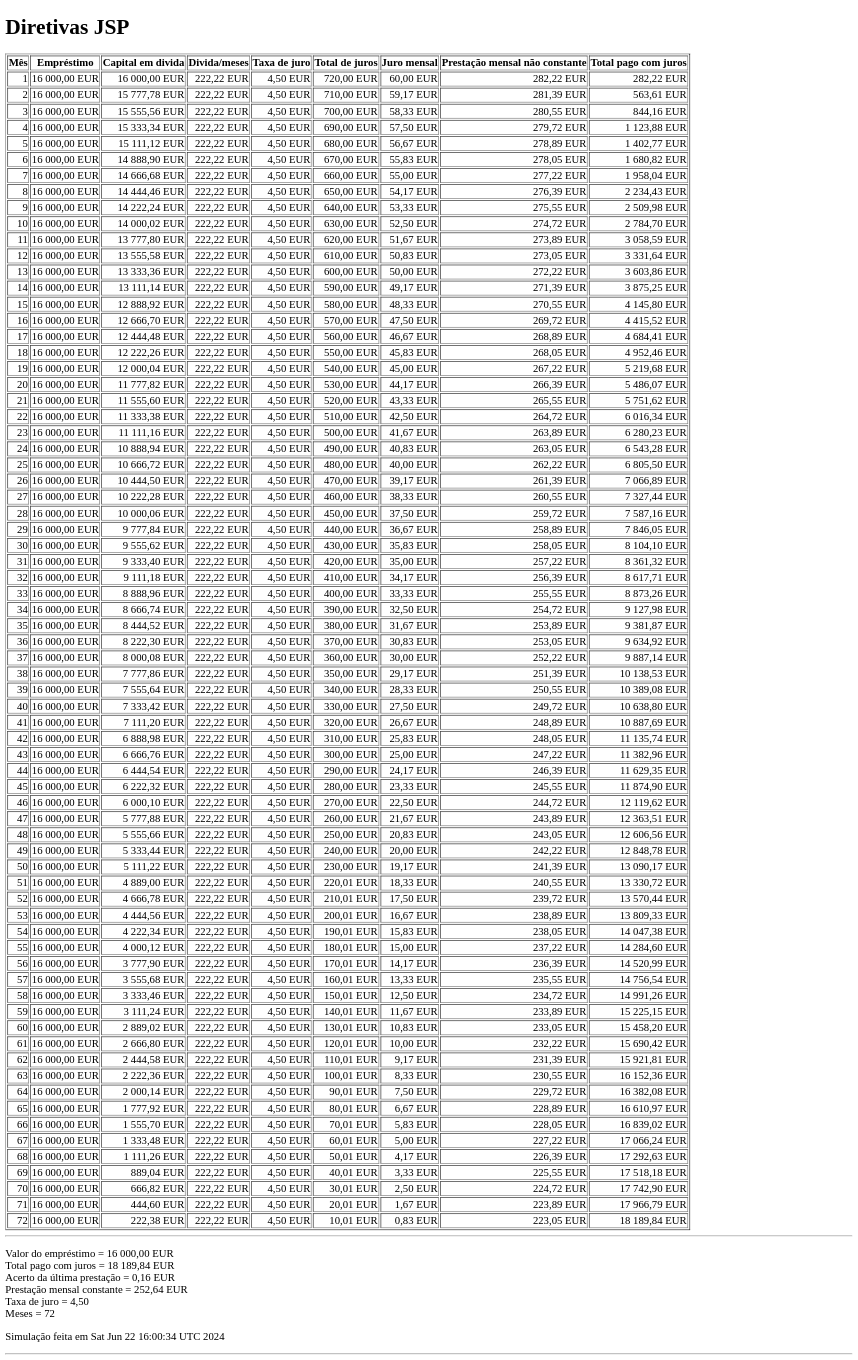
Repository: chuinga/JavaWebAppsDevelopment
Page: http://localhost/PaginasJSP/P06_Diretivas.jsp
These files come from the project's save history. The page is drawn as it stood at one moment and after the next save; the edit follows.
The browser window is 1280 px wide. The pictures show the whole page, at 67% of full size.
The page is served by Tomcat 10. Other server files are loaded and not shown.

Above is the page before, as saved 2024-07-27 10:02:55.

### PaginasJSP/src/main/webapp/P06_Diretivas.jsp
<%--
    Document   : P06_Diretivas.jsp
    Author     : TurtleLearning.com: Jose Aser
--%>
<%@ page import = "java.util.Date" %>
<%@ page import = "java.text.DecimalFormat" %>
<%@ page import = "java.util.Locale" %>
<%@ page import = "java.text.NumberFormat" %>
<%@ page language="java" contentType="text/html; charset=UTF-8" pageEncoding="UTF-8"%>

<%-- Declaração de variáveis de classe e de objeto --%>
<%! static double taxaJuro = 4.5; %>
<%! double emprestimo = 16000.0; %>

<%-- Declaração de métodos de classe e objeto --%>
<%!
    public static double getTaxaJuro() {
        return taxaJuro;
    }
    public static double calculoJuros(double capitalEmDivida) {
        return (capitalEmDivida * taxaJuro / 100.0);
    }
%>
<%!
    public double myRound(double x) {
        return (Math.round(x*100.0)/100.0);
    }
%>
<!DOCTYPE html>
<html>
<head>
<meta charset="UTF-8">
<title>P06_Diretivas</title>
</head>
<body>
    <h1>Diretivas JSP</h1>
    <%-- declaração de uma variável local --%>
    <% int meses = 72; %>

    <%-- Utilização das variáveis usando diretiva de declaração --%>
    <table border="1">
        <tr>
            <th>Mês</th>
            <th>Empréstimo</th>
            <th>Capital em divida</th>
            <th>Divida/meses</th>
            <th>Taxa de juro</th>
            <th>Total de juros</th>
            <th>Juro mensal</th>
            <th>Prestação mensal não constante</th>
            <th>Total pago com juros</th>
        </tr>
        <%
            Locale.setDefault(new Locale("pt", "PT"));
            //Locale.setDefault(new Locale("pt", "BR"));
            //Locale.setDefault(new Locale("es", "ES"));
            //Locale.setDefault(new Locale("en", "US"));
            //Locale.setDefault(Locale.US);
            //Locale.setDefault(Locale.UK);
            //Locale.setDefault(Locale.JAPAN);
            NumberFormat formatter = NumberFormat.getCurrencyInstance(Locale.getDefault());
            String currency = formatter.getCurrency().toString();
            DecimalFormat f = new DecimalFormat("###,###,##0.00");
            double capitalEmDivida = emprestimo;
            double dividaPorMes = myRound(emprestimo/meses);
            double totalJuros = myRound(capitalEmDivida*getTaxaJuro()/100);
            double juroMensal = myRound(totalJuros/12.0);
            double prestacaoMensal = dividaPorMes + juroMensal;
            double totalPagoComJuros = prestacaoMensal;

            for (int i=1; i<=meses; i++) {
                out.println("<tr>");
                out.println("<td style=\"text-align:right;\">" + i + "</td>");
                out.println("<td style=\"text-align:right;\">" + f.format(emprestimo) + " " + currency + "</td>");
                out.println("<td style=\"text-align:right;\">" + f.format(capitalEmDivida) + " " + currency + "</td>");
                out.println("<td style=\"text-align:right;\">" + f.format(dividaPorMes) + " " + currency + "</td>");
                out.println("<td style=\"text-align:right;\">" + f.format(getTaxaJuro()) + " " + currency + "</td>");
                out.println("<td style=\"text-align:right;\">" + f.format(totalJuros) + " " + currency + "</td>");
                out.println("<td style=\"text-align:right;\">" + f.format(juroMensal) + " " + currency + "</td>");
                out.println("<td style=\"text-align:right;\">" + f.format(prestacaoMensal) + " " + currency + "</td>");
                out.println("<td style=\"text-align:right;\">" + f.format(totalPagoComJuros) + " " + currency + "</td>");
                out.println("</tr>");
                capitalEmDivida = capitalEmDivida - dividaPorMes;
                totalJuros = myRound(capitalEmDivida*getTaxaJuro()/100);
                juroMensal = myRound(totalJuros/12.0);
                prestacaoMensal = dividaPorMes + juroMensal;
                totalPagoComJuros = totalPagoComJuros + prestacaoMensal;
            }
        %>
    </table>
    <hr>
    <p>Valor do empréstimo = <%= f.format(emprestimo)+ " " + currency %>
        <br>Total pago com juros = <%= f.format(totalPagoComJuros - prestacaoMensal) + " " + currency %>
        <br>Acerto da última prestação = <%= f.format(capitalEmDivida) + " " + currency %>
        <br>Prestação mensal constante = <%= f.format((totalPagoComJuros - prestacaoMensal) / meses) + " " + currency %>
           <br>Taxa de juro = <%= f.format(getTaxaJuro()) %>
           <!-- <br>Meses = <%-- out.println(meses); --%> -->
           <br>Meses = <%= meses %></p>
       <p>Simulação feita em <%= new Date() %></p>
    <hr>
</body>
</html>

After the next save:
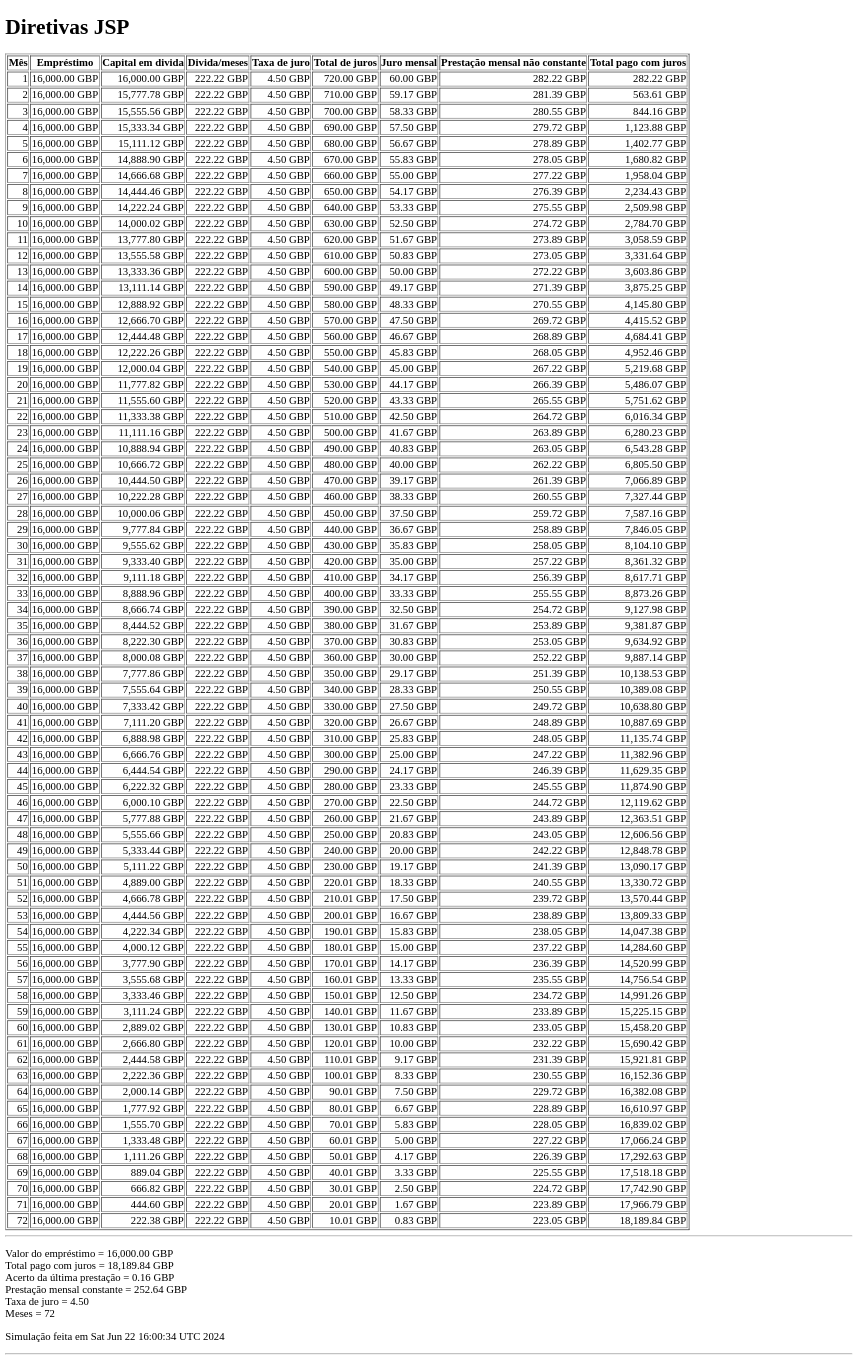
Saved 100 s later.
--- a/PaginasJSP/src/main/webapp/P06_Diretivas.jsp
+++ b/PaginasJSP/src/main/webapp/P06_Diretivas.jsp
@@ -51,12 +51,12 @@
             <th>Total pago com juros</th>
         </tr>
         <%
-            Locale.setDefault(new Locale("pt", "PT"));
+            //Locale.setDefault(new Locale("pt", "PT"));
             //Locale.setDefault(new Locale("pt", "BR"));
             //Locale.setDefault(new Locale("es", "ES"));
             //Locale.setDefault(new Locale("en", "US"));
             //Locale.setDefault(Locale.US);
-            //Locale.setDefault(Locale.UK);
+            Locale.setDefault(Locale.UK);
             //Locale.setDefault(Locale.JAPAN);
             NumberFormat formatter = NumberFormat.getCurrencyInstance(Locale.getDefault());
             String currency = formatter.getCurrency().toString();

After the save that followed:
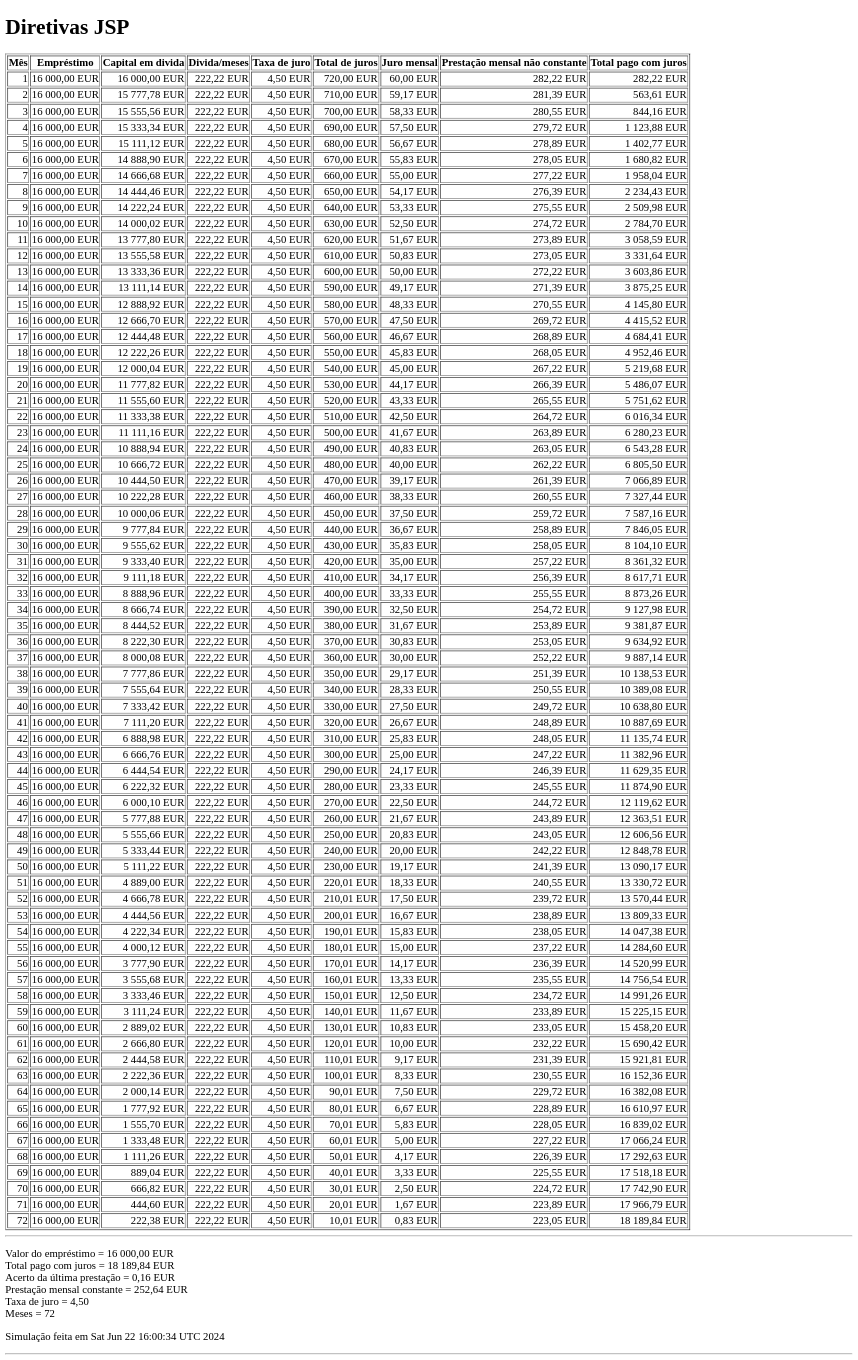
Saved 3 min 30 s later.
--- a/PaginasJSP/src/main/webapp/P06_Diretivas.jsp
+++ b/PaginasJSP/src/main/webapp/P06_Diretivas.jsp
@@ -51,12 +51,12 @@
             <th>Total pago com juros</th>
         </tr>
         <%
-            //Locale.setDefault(new Locale("pt", "PT"));
+            Locale.setDefault(new Locale("pt", "PT"));
             //Locale.setDefault(new Locale("pt", "BR"));
             //Locale.setDefault(new Locale("es", "ES"));
             //Locale.setDefault(new Locale("en", "US"));
             //Locale.setDefault(Locale.US);
-            Locale.setDefault(Locale.UK);
+            //Locale.setDefault(Locale.UK);
             //Locale.setDefault(Locale.JAPAN);
             NumberFormat formatter = NumberFormat.getCurrencyInstance(Locale.getDefault());
             String currency = formatter.getCurrency().toString();
